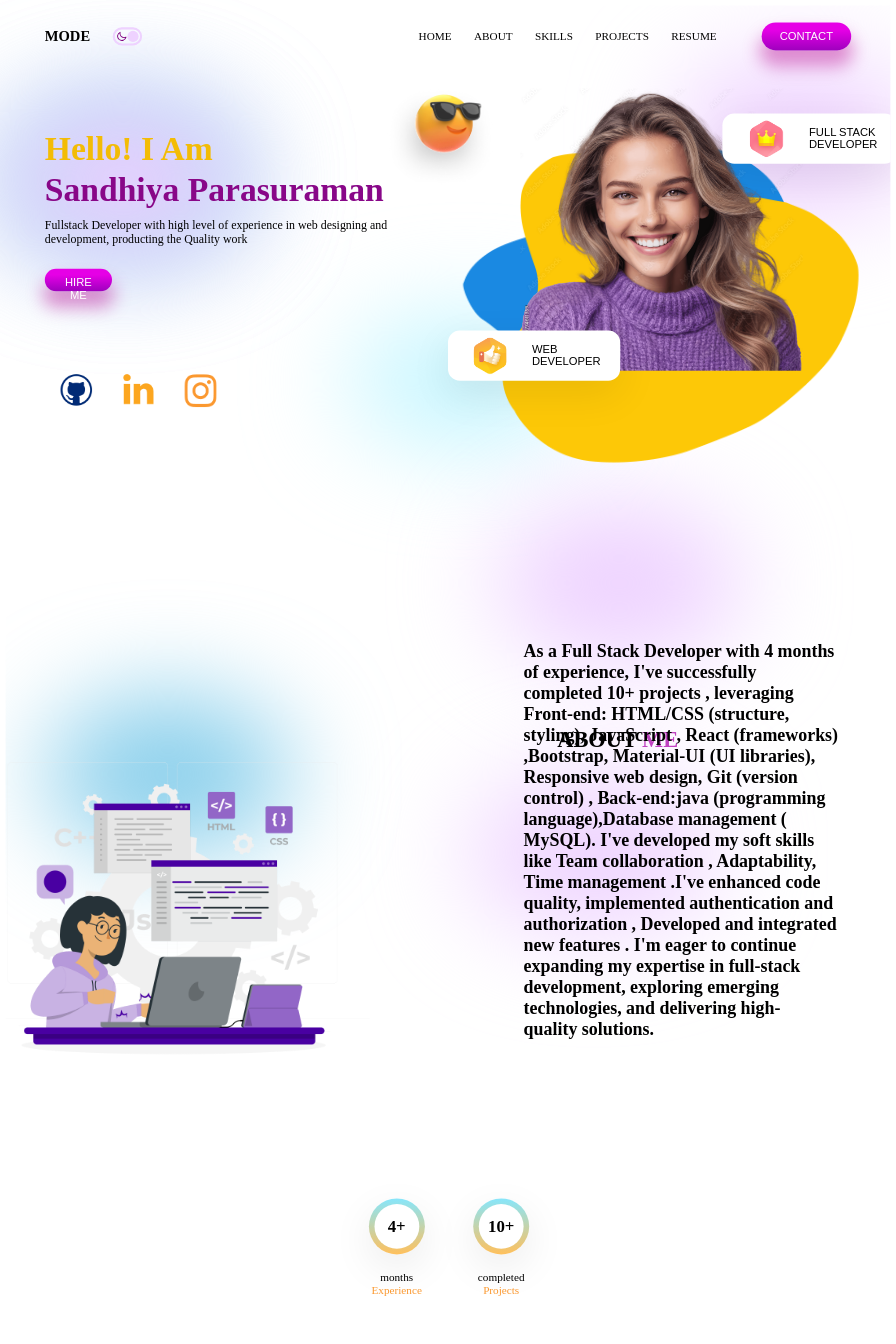
Repository: glorysandy/Protfolio
Page: /
These files come from the project's save history. The page is drawn as it stood at one moment and after the next save; the edit follows.
The browser window is 1280 px wide. The pictures show the part of the page from y = 0 to 1920 px (the page is 4881 px tall), at 70% of full size.
The project was rebuilt for these pictures with package versions that can differ from the ones it lists, and the page was loaded fresh each time. Imported but missing from the stored project, and not drawn on this page: src/components/Services/SANDHIYA.P (RESUME).pdf.

Above is the page before, as saved 2024-10-16 21:47:39.

After the next save:
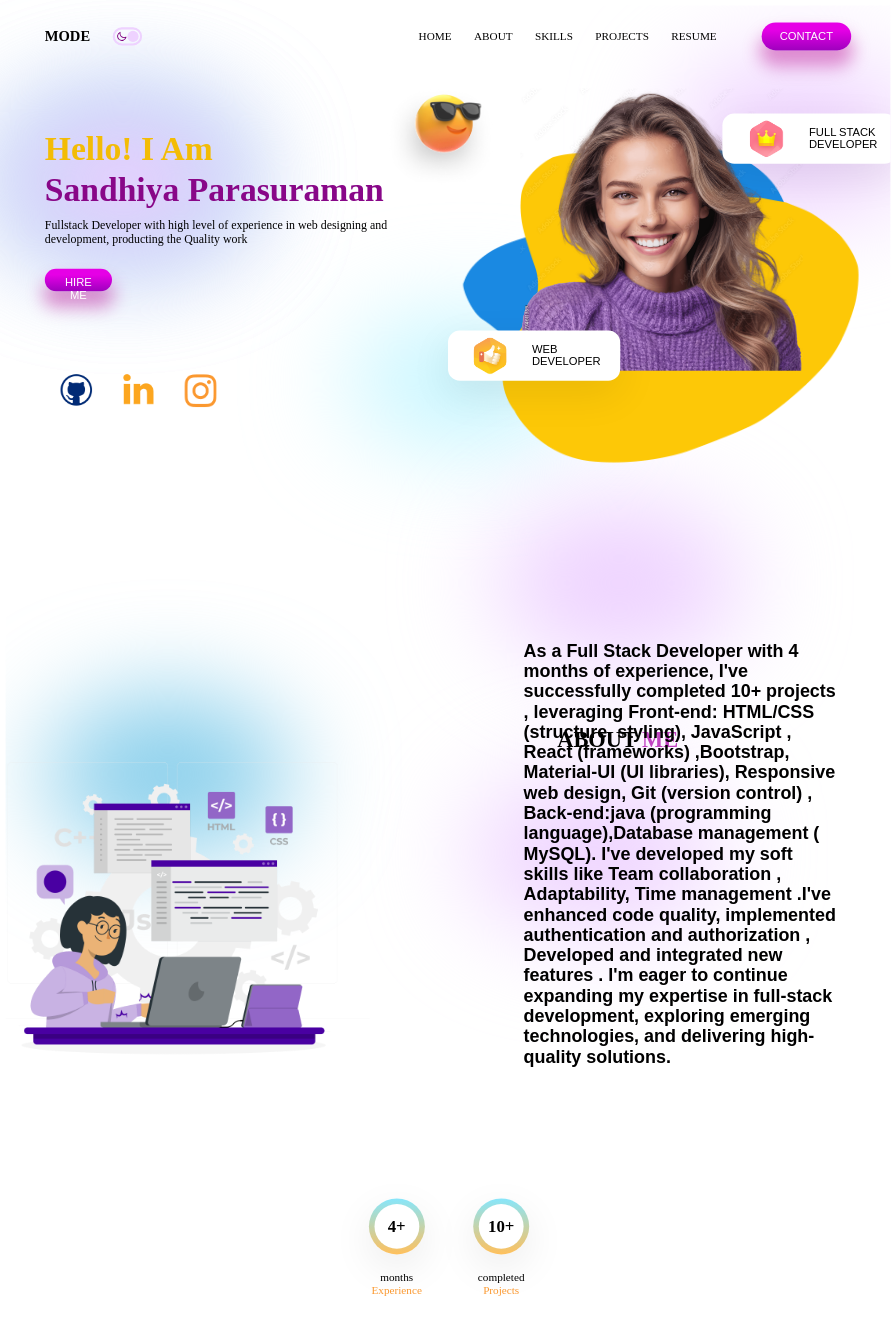
Saved 8 s later.
--- a/src/components/Testimonials/Testimonial.css
+++ b/src/components/Testimonials/Testimonial.css
@@ -49,7 +49,7 @@
 }
 .t-sen{
 font-size:1.6rem;
-font-family: ;
+font-family: Arial, Helvetica, sans-serif;
 }
 .t-sen:hover{
 cursor: pointer;

After the 4 saves that followed:
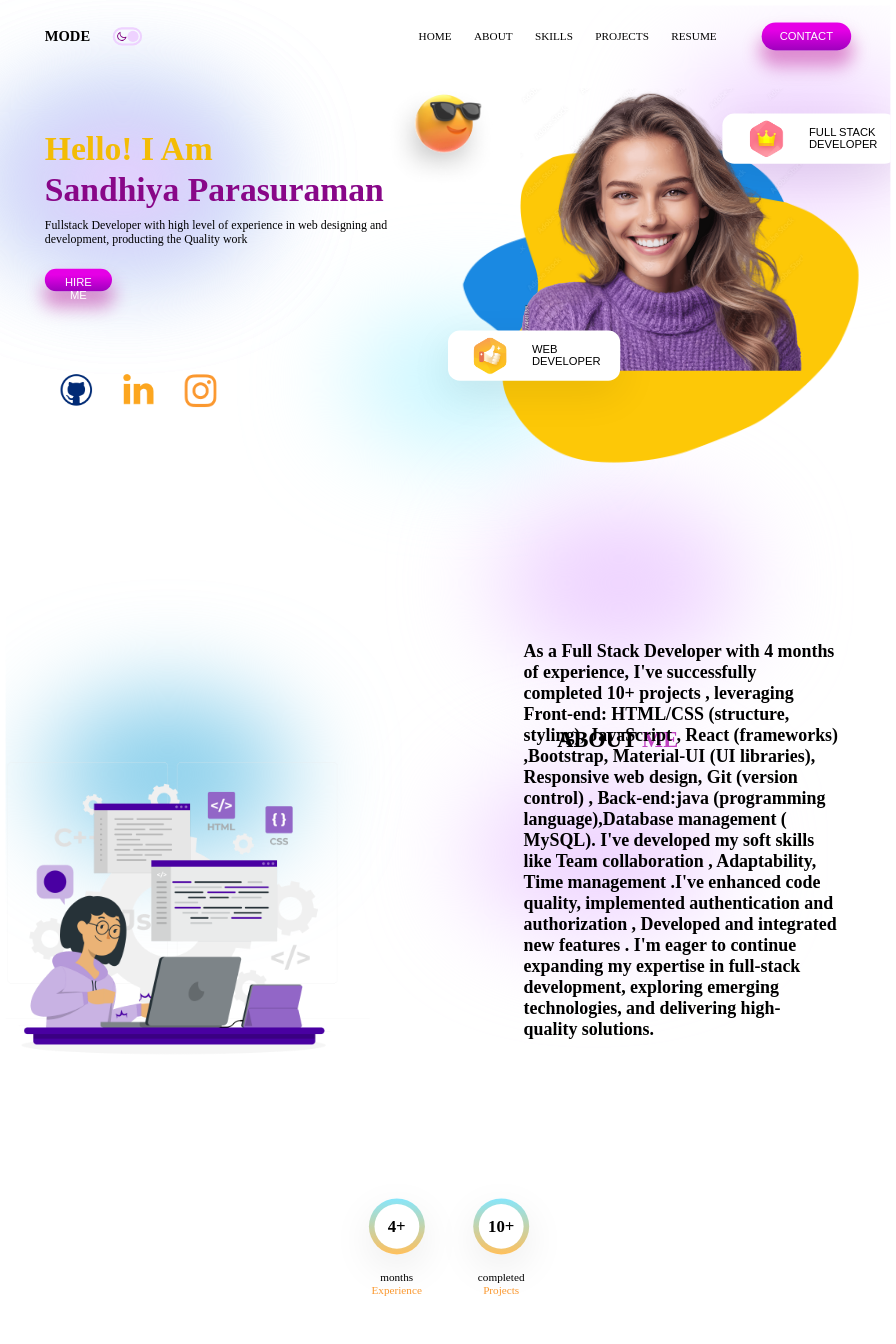
The 4 saves are shown as one change because they came seconds apart.
The last was saved 18 s later.
--- a/src/components/Testimonials/Testimonial.css
+++ b/src/components/Testimonials/Testimonial.css
@@ -49,7 +49,7 @@
 }
 .t-sen{
 font-size:1.6rem;
-font-family: Arial, Helvetica, sans-serif;
+font-family: 'Times New Roman', Times, serif;
 }
 .t-sen:hover{
 cursor: pointer;
